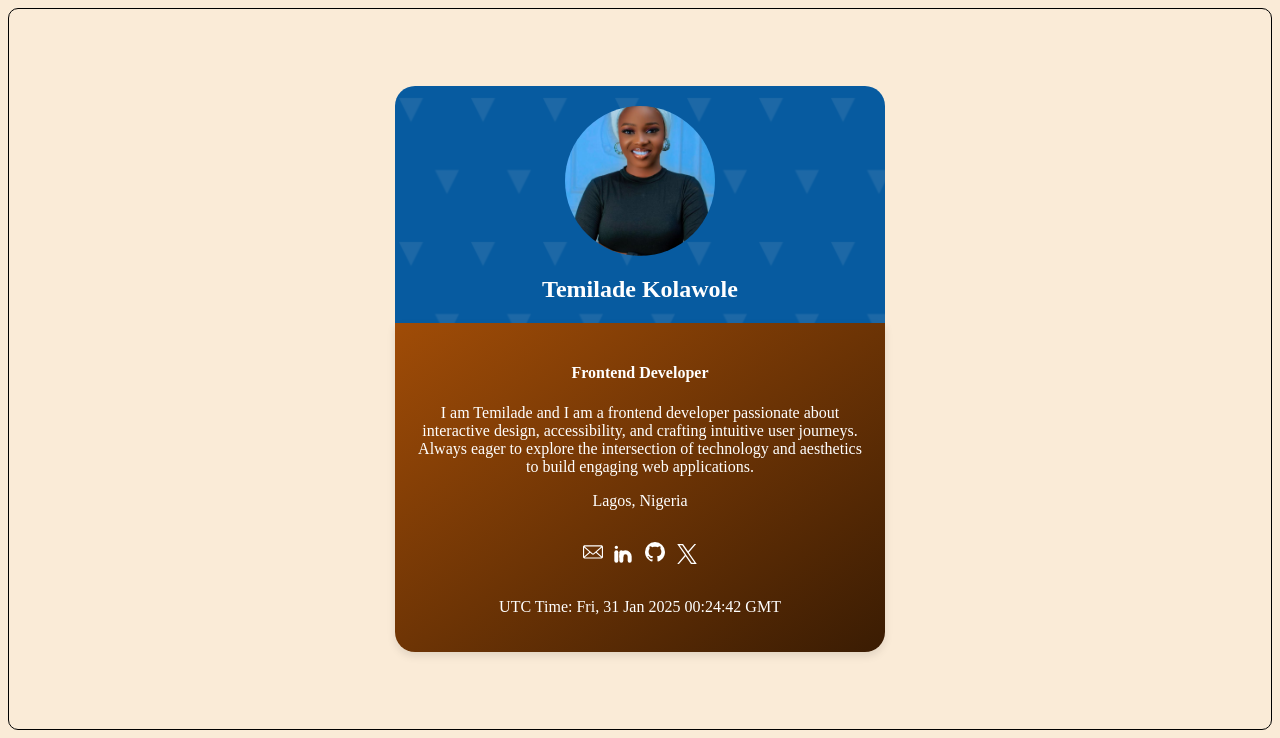
Repository: KolawoleTemilade/ticket-guarantor
Page: profilecard/index..html
The author's editor kept a copy of each file at every save. The page is drawn from the files as they stood at one save, then again after the next save.
The browser window is 1280 px wide. The pictures show the whole page.

Above is the page before, as saved 2025-02-05 01:21:13.

### profilecard/index..html
<!DOCTYPE html>
<html lang="en">
  <head>
    <meta charset="UTF-8" />
    <meta name="viewport" content="width=device-width, initial-scale=1.0" />
    <title>Profile Card</title>
    <link rel="stylesheet" href="style.css" />
  </head>
  <body>
    <section class=" ">
      <div class="background" style="background-image: url('./asset/bgo.svg')">
        <img
          src="./asset/profile.jpg"
          alt="Profile Picture"
          data-testid="profilePicture"
        />
        <h2 class="fullname" data-testid="fullName">Temilade Kolawole</h2>
      </div>
      <div class="card">
        <h4 data-testid="jobTitle">Frontend Developer</h4>
        <p data-testid="shortBio">
          I am Temilade and I am a frontend developer passionate about
          interactive design, accessibility, and crafting intuitive user
          journeys. Always eager to explore the intersection of technology and
          aesthetics to build engaging web applications.
        </p>
        <p data-testid="currentLocation">Lagos, Nigeria</p>

        <div class="social-links" data-testid="socialLinks">
          <p data-testid="emailAddress">
            <a href="mailto:temiladekolawole008@gmail.com" target="_blank">
              <img src="./asset/email.svg" alt="email- image">
            </a>
          </p>

          <a
            href="https://linkedin.com/in/temiladekolawole13"
            target="_blank"
            class="socials"
          >
            <img src="./asset/linkedin.svg" alt=" linkedin image" /></a
          >
          <a href="https://github.com/kolawoleTemilade" target="_blank"
            ><img src="./asset/github.svg" alt="Github-image"></a
          >
          <a
            href="https://twitter.com/temmie415"
            target="_blank"
            class="socials"
          >
            <img src="./asset/twitter.svg" alt=" twitter image"
          /></a>
        </div>
        <p data-testid="currentTimeUTC" id="utcTime"></p>
      </div>
    </section>

    <script>
      // Update UTC time every second
      function updateTime() {
        const utcTime = new Date().toUTCString();
        document.getElementById("utcTime").textContent = `UTC Time: ${utcTime}`;
      }

      // Initial call and set interval
      updateTime();
      setInterval(updateTime, 1000);
    </script>
  </body>
</html>

### profilecard/style.css
body {
  display: flex;
  align-items: center;
  justify-content: center;
  height: 100vh;
  border: 1px solid ;
  border-radius: 10px;
  background-color: antiquewhite;
}

.card {
  background: #fff;
  padding: 20px;
  border-radius: 0 0  20px 20px;
  box-shadow: 0 4px 8px rgba(0, 0, 0, 0.1);
  text-align: center;
  max-width: 450px;
  width: 100%;
  background: linear-gradient(145deg, #A04C07, #3A1C03);
}
.card p, .card h4{
  color: #fff;
}
.card h4 {
  font-size: 16px;
}
.background {
  width: 100%;
  padding: 0;
  display: flex;
  flex-direction: column;
  justify-content: center;
  align-items: center;
  border-radius:20px 20px   0 0 ;
}
.background > img {
  width: 150px;
  height: 150px;
  border-radius: 50%;
  object-fit: cover;
  margin-top: 20px;
}
.fullname {
  color: #fff;
  font-size: 24px;
}

a {
  margin: 0 5px;
  text-decoration: none;
  color: white;
}
.social-links {
  display: flex;
  justify-content: space-between;

  align-items: center;
  justify-content: center;
}

.socials {
  display: flex;
  flex-direction: column;
  align-items: center;
  justify-content: center;
}
.socials img {
  width: 20px;
  height: 30px;
}

### profilecard/asset/linkedin.svg
<svg width="20" height="20" viewBox="0 0 20 20" fill="none" xmlns="http://www.w3.org/2000/svg">
<path d="M3.33335 4.99999C4.25383 4.99999 5.00002 4.2538 5.00002 3.33332C5.00002 2.41285 4.25383 1.66666 3.33335 1.66666C2.41288 1.66666 1.66669 2.41285 1.66669 3.33332C1.66669 4.2538 2.41288 4.99999 3.33335 4.99999Z" fill="white"/>
<path d="M3.33331 8.33334V16.6667" stroke="white" stroke-width="4" stroke-linecap="round" stroke-linejoin="round"/>
<path d="M8.33331 8.33334V16.6667" stroke="white" stroke-width="4" stroke-linecap="round" stroke-linejoin="round"/>
<path d="M8.33331 12.5C8.33331 10.2 10.2 8.33334 12.5 8.33334C14.8 8.33334 16.6666 10.2 16.6666 12.5V16.6667" stroke="white" stroke-width="4" stroke-linecap="round" stroke-linejoin="round"/>
</svg>

### profilecard/asset/github.svg
<svg xmlns="http://www.w3.org/2000/svg" width="24" height="24" viewBox="0 0 24 24"><path fill="#ffffff" d="M12 2A10 10 0 0 0 2 12c0 4.42 2.87 8.17 6.84 9.5c.5.08.66-.23.66-.5v-1.69c-2.77.6-3.36-1.34-3.36-1.34c-.46-1.16-1.11-1.47-1.11-1.47c-.91-.62.07-.6.07-.6c1 .07 1.53 1.03 1.53 1.03c.87 1.52 2.34 1.07 2.91.83c.09-.65.35-1.09.63-1.34c-2.22-.25-4.55-1.11-4.55-4.92c0-1.11.38-2 1.03-2.71c-.1-.25-.45-1.29.1-2.64c0 0 .84-.27 2.75 1.02c.79-.22 1.65-.33 2.5-.33s1.71.11 2.5.33c1.91-1.29 2.75-1.02 2.75-1.02c.55 1.35.2 2.39.1 2.64c.65.71 1.03 1.6 1.03 2.71c0 3.82-2.34 4.66-4.57 4.91c.36.31.69.92.69 1.85V21c0 .27.16.59.67.5C19.14 20.16 22 16.42 22 12A10 10 0 0 0 12 2"/></svg>

### profilecard/asset/twitter.svg
<svg width="20" height="20" viewBox="0 0 20 20" fill="none" xmlns="http://www.w3.org/2000/svg">
<path d="M11.8619 8.46875L19.1472 0H17.4207L11.095 7.35313L6.04253 0H0.215027L7.85534 11.1194L0.215027 20H1.94159L8.6219 12.2348L13.9575 20H19.785L11.8614 8.46875H11.8619ZM9.49722 11.2172L8.723 10.11L2.56362 1.29969H5.2155L10.186 8.41L10.96 9.51719L17.4214 18.7594H14.7699L9.49722 11.2177V11.2172Z" fill="white"/>
</svg>

After the next save:
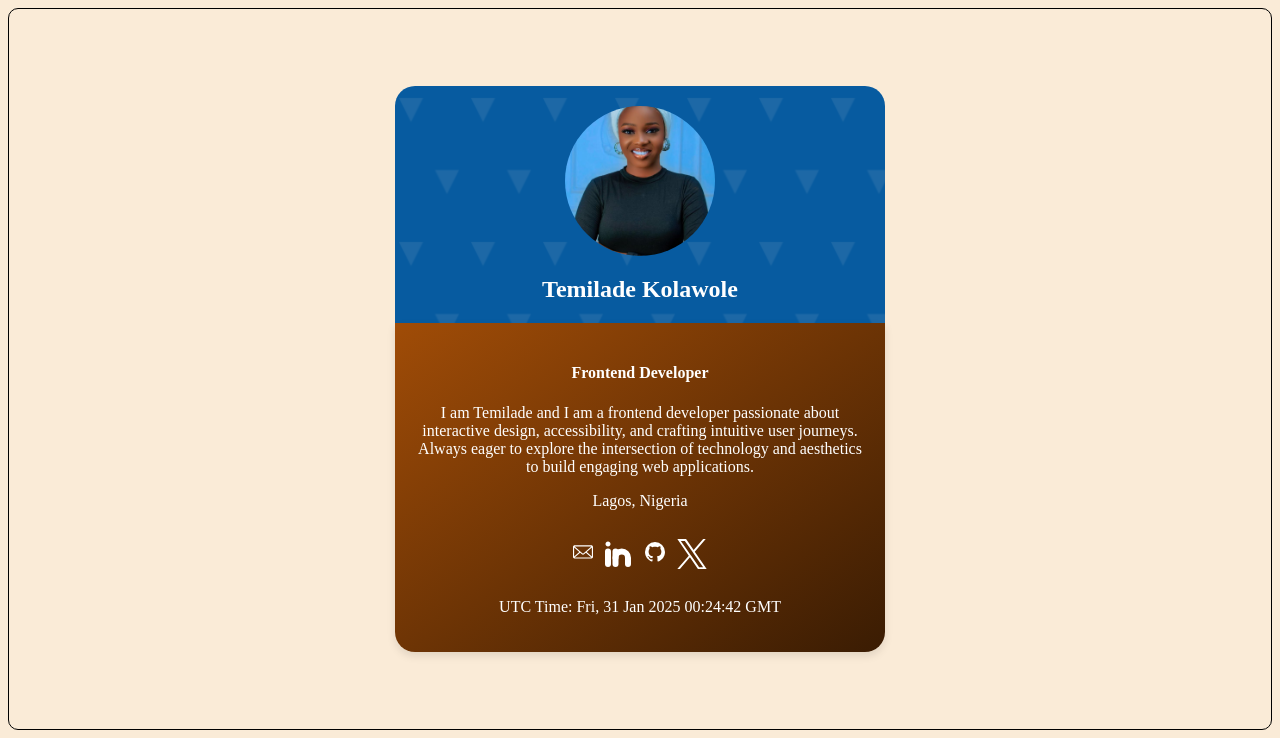
Saved 4 s later.
--- a/profilecard/style.css
+++ b/profilecard/style.css
@@ -65,6 +65,6 @@
   justify-content: center;
 }
 .socials img {
-  width: 20px;
+  width: 30px;
   height: 30px;
 }

After the 2 saves that followed:
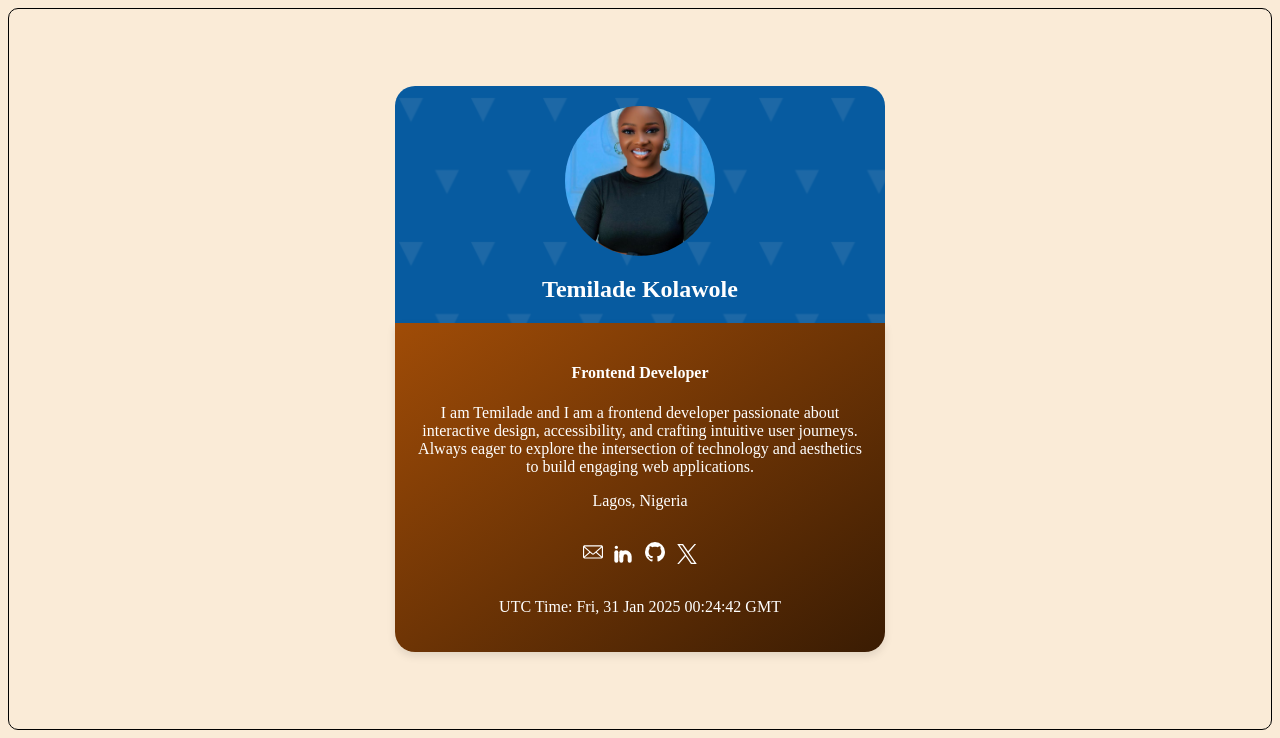
The 2 saves are shown as one change because they came seconds apart.
The last was saved 11 s later.
--- a/profilecard/style.css
+++ b/profilecard/style.css
@@ -65,6 +65,6 @@
   justify-content: center;
 }
 .socials img {
-  width: 30px;
-  height: 30px;
+  width: 20px;
+  height: 20px;
 }
